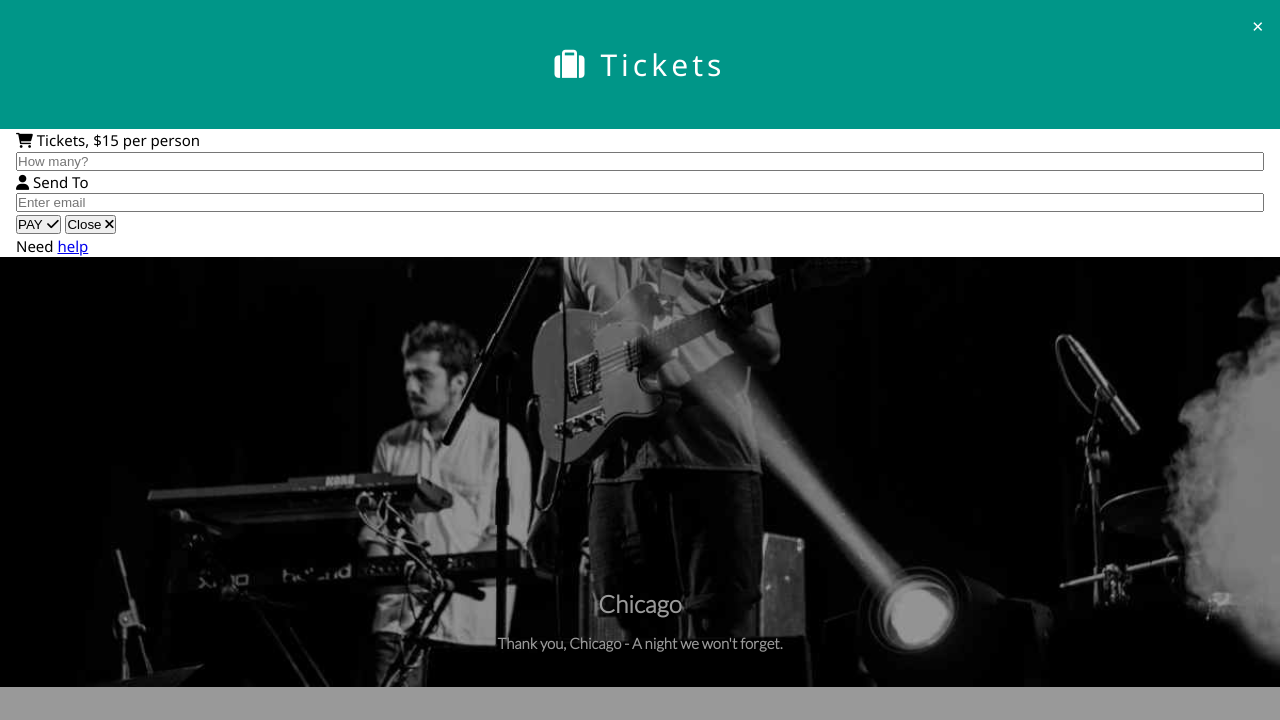
Repository: vanmanhAI/project-03-w3
Page: index.html
The author's editor kept a copy of each file at every save. The page is drawn from the files as they stood at one save, then again after a run of saves.
The browser window is 1280 px wide. The pictures show the window.
A layer covers the whole window, so only the first screen is drawn. Some web libraries are served in a nearby version.

Above is the page before, as saved 2022-07-11 16:32:39.

### index.html
<!DOCTYPE html>
<html lang="en">
<head>
    <meta charset="UTF-8">
    <meta http-equiv="X-UA-Compatible" content="IE=edge">
    <meta name="viewport" content="width=device-width, initial-scale=1.0">
    <title>Document</title>
    <link rel="stylesheet" href="./assets/css/style.css">
    <!-- icons -->
    <link rel="stylesheet" href="https://cdnjs.cloudflare.com/ajax/libs/font-awesome/6.1.1/css/all.min.css" integrity="sha512-KfkfwYDsLkIlwQp6LFnl8zNdLGxu9YAA1QvwINks4PhcElQSvqcyVLLD9aMhXd13uQjoXtEKNosOWaZqXgel0g==" crossorigin="anonymous" referrerpolicy="no-referrer" />
    <!-- font -->
    <link rel="preconnect" href="https://fonts.googleapis.com">
<link rel="preconnect" href="https://fonts.gstatic.com" crossorigin>
<link href="https://fonts.googleapis.com/css2?family=Lato:wght@300&display=swap" rel="stylesheet">
</head>
<body>
    <div id="main">
        <div id="header">
            <ul id="nav">
                <li><a href="#">home</a></li>
                <li><a href="#content-band">band</a></li>
                <li><a href="#content-tour">tour</a></li>
                <li><a href="#">contact</a></li>
                <li>
                    <a href="#">
                        more
                        <i class="fa-solid fa-caret-down subnav-caret"></i>
                    </a>
                    <ul class="subnav">
                        <li><a href="#">merchandise</a></li>
                        <li><a href="#">extras</a></li>
                        <li><a href="#">media</a></li>
                    </ul>
                </li>
            </ul>
            <i class="fa-solid fa-magnifying-glass header-search"></i>
        </div>

        <div id="slider">
            <div class="slider-desc">
                <h3 class="slider-name">chicago</h3>
                <b class="slider-content">Thank you, Chicago - A night we won't forget.</b>
            </div>
        </div>

        <div id="content">
            <div class="content-section" id="content-band">
                <h3 class="section-heading" >the band</h3>
                <p class="section-sub-heading">We love music</p>
                <p class="about">We have created a fictional band website. Lorem ipsum dolor sit amet, consectetur adipiscing elit, sed do eiusmod tempor incididunt ut labore et dolore magna aliqua. Ut enim ad minim veniam, quis nostrud exercitation ullamco laboris nisi ut aliquip ex ea commodo consequat. Duis aute irure dolor in reprehenderit in voluptate velit esse cillum dolore eu fugiat nulla pariatur. Excepteur sint occaecat cupidatat non proident, sunt in culpa qui officia deserunt mollit anim id est laborum consectetur adipiscing elit, sed do eiusmod tempor incididunt ut labore et dolore magna aliqua. Ut enim ad minim veniam, quis nostrud exercitation ullamco laboris nisi ut aliquip ex ea commodo consequat.</p>
                <div class="members-list">
                    <div class="member-item">
                        <p class="member-name">name</p>
                        <img src="./assets/img/Band/member1.jpg" alt="name" class="member-img">
                    </div>
                    <div class="member-item">
                        <p class="member-name">name</p>
                        <img src="./assets/img/Band/member1.jpg" alt="name" class="member-img">
                    </div>
                    <div class="member-item">
                        <p class="member-name">name</p>
                        <img src="./assets/img/Band/member1.jpg" alt="name" class="member-img">
                    </div>
                </div>
            </div>
            <div class="tour-section">
                <div class="content-section" id="content-tour">
                    <h3 class="section-heading text-white">tour dates</h3>
                    <p class="section-sub-heading text-white">Remember to book your tickets!</p>
                    <br>
                    <ul class="tickets-list">
                        <li>September <span class="sold-out">Sod out</span></li>
                        <li>October <span class="sold-out">Sold out</span></li>
                        <li>November <span class="quantity">3</span></li>
                    </ul>
                    <div class="places-list">
                        <div class="place-item">
                            <img src="./assets/img/Places/newyork.jpg" alt="New York" class="place-img">
                            <div class="place-body">
                                <h4 class="place-heading">new york</h4>
                                <p class="place-time">Fri 27 Nov 2016</p>
                                <p class="place-desc">Praesent tincidunt sed tellus ut rutrum sed vitae justo.</p>
                                <a href="#" class="place-buy-btn">Buy Tickets</a>
                            </div>
                        </div>
                        <div class="place-item">
                            <img src="./assets/img/Places/paris.jpg" alt="Paris" class="place-img">
                            <div class="place-body">
                                <h4 class="place-heading">paris</h4>
                                <p class="place-time">Sat 28 Nov 2016</p>
                                <p class="place-desc">Praesent tincidunt sed tellus ut rutrum sed vitae justo.</p>
                                <a href="#" class="place-buy-btn">Buy Tickets</a>
                            </div>
                        </div>
                        <div class="place-item">
                            <img src="./assets/img/Places/sanfran.jpg" alt="San Francisco" class="place-img">
                            <div class="place-body">
                                <h4 class="place-heading">san francisco</h4>
                                <p class="place-time">Sun 29 Nov 2016</p>
                                <p class="place-desc">Praesent tincidunt sed tellus ut rutrum sed vitae justo.</p>
                                <a href="#" class="place-buy-btn">Buy Tickets</a>
                            </div>
                        </div>
                    </div>
                </div>
            </div>
            <div class="content-section">
                <h3 class="section-heading">contact</h3>
                <p class="section-sub-heading">Fan? Drop a note!</p>
            </div>
        </div>
        <div id="footer"></div>
    </div>
    <div class="modal">
        <div class="modal-container">
            <div class="modal-header">
                <span class="modal-close">✕</span>
                <h3 class="modal-heading">
                    <i class="fa-solid fa-suitcase modal-bag"></i>
                    Tickets
                </h3>
            </div>
            <div class="modal-body">
                <label for="" class="modal-label">
                    <i class="fa-solid fa-cart-shopping modal-shopping"></i>
                    Tickets, $15 per person
                </label>
                <input type="text" name="" id="" placeholder="How many?" class="modal-input">
                <label for="" class="modal-label">
                    <i class="fa-solid fa-user modal-user"></i>
                    Send To
                </label>
                <input type="text" name="" id="" placeholder="Enter email" class="modal-input">
                <button class="modal-btn-pay">
                    PAY
                    <i class="fa-solid fa-check modal-check"></i>
                </button>
                <button class="modal-btn-close">
                    Close
                    <i class="fa-solid fa-xmark modal-xmark"></i>
                </button>
                <p class="modal-assit">
                    Need
                    <a href="#" class="modal-help">help</a>
                </p>
            </div>
        </div>
    </div>
</body>
</html>

### assets/css/style.css
* {
    padding: 0;
    margin: 0;
    box-sizing: border-box;
}
html {
    font-size: 62.5%;
}
:root {
    --lineheight-nav: 2.25rem;
    --padding-nav: 1.2rem;
}
.text-white {
    color: #fff;
}
#main {

}
#header {
    position: fixed;
    z-index: 1;
    top: 0;
    left: 0;
    right: 0;
    background: #000;
    font-size: 1.5rem;
    font-family: 'Lato', sans-serif;
    font-weight: bold;
    line-height: var(--lineheight-nav);
}
#header:after {
    content: "";
    display: block;
    clear: both;
}
#header .header-search {
    color: #fff;
    display: block;
    float: right;
    padding: var(--padding-nav) 2.4rem;
    line-height: var(--lineheight-nav);
    cursor: pointer;
}
#header .header-search:hover {
    background: #f44336
}
#header #nav>li {
    position: relative;
    text-align: center;
    cursor: pointer;
    float: left;
}
#header #nav>li>a {
    display: block;
    padding: var(--padding-nav) 2.4rem;
}
#header #nav>li:last-child:hover .subnav {
    width: 16rem;
}
#header #nav li:hover {
    background: #ccc;
}
#header #nav>li:hover>a {
    color: #000;
}
#nav li {
    list-style-type: none;
    position: relative;
}
#nav li .subnav-caret {
    text-transform: none;
    text-align: center;
}
#nav li a {
    color: #fff;
    text-decoration: none;
    text-transform: uppercase;
}
#nav .subnav {
    position: absolute;
    width: 0;
    overflow: hidden;
    top: 100%;
    left: 0;
    background: #fff;
    color: #000;
    box-shadow: 0 0 4px 0 #ccc;
    transition: width 0.3s linear;
}
#nav .subnav li {
    padding: 0.8rem 1.6rem;
    text-align: left;
    min-width: 16rem;
}
#nav .subnav li a {
    color: #000;
    text-transform: capitalize;
}
#slider {
    position: relative;
    margin-top: calc(var(--lineheight-nav) + 2*var(--padding-nav));
    background: #ccc;
    padding-top: 50%;
    max-height: 100vh;
    background: url('/assets/img/sliders/chicago.jpg') top/cover no-repeat
}
.slider-desc{
    position: absolute;
    bottom: 0;
    left: 50%;
    transform: translatex(-50%);
    color: #fff;
    padding: 3.2rem 1.6rem;
    text-align: center;
    font-size: 1.5rem;
    font-family: 'Lato', sans-serif;

}
.slider-name{
    text-transform: capitalize;
    font-size: 2.4rem;
    line-height: 3.6rem;
    margin: 1rem 0;
}
.slider-content{
    line-height: 1.5;
    font-size: 1.5rem;
}
#content {
    line-height: 1.5;
}
#content .content-section {
    max-width: 80rem;
    margin: 0 auto;
    padding: 6.4rem 1.6rem;
    font-size: 1.5rem;
    font-family: 'Lato', sans-serif;
}
#content .section-heading {
    font-size: 3rem;
    text-transform: uppercase;
    line-height: 4.5rem;
    margin: 1rem 0;
    text-align: center;
    letter-spacing: 0.4rem;
    font-family: "Segoe UI",Arial,sans-serif;
    font-weight: 400;
}
#content .section-sub-heading {
    text-align: center;
    font-style: italic;
    font-weight: 100;
    margin: 1.5rem 0;
}
#content .content-section .about {
    text-align: justify;
    font-weight: bold;
    margin: 1.5rem 0;
    word-spacing: 0.1rem;
}
#content .members-list {
    padding: 3.2rem 0;
    text-align: center;
}
#content .members-list:after {
    content: "";
    display: block;
    clear: both;
}
#content .member-item{
    float: left;
    width: calc(100%/3);
}
#content .members-list .member-name {
    margin: 1.5rem 0;
    text-transform: capitalize;
    font-weight: bold;
}
#content .members-list .member-img{
    width: 60%;
    border-radius: 0.4rem;
    margin: 0 0 1.6rem;
}
#content .tour-section {
    background: #000;
}
#content .tour-section .tickets-list {
    background: #fff;
    list-style-type: none;
}
#content .tickets-list li {
    padding: 0.8rem 1.6rem;
}
#content .tickets-list .sold-out {
    display: inline-block;
    padding: 0 0.8rem;
    color: #fff;
    background: #f44336;
    margin-left: 1.6rem;
    text-align: center;
    font-weight: bold;
}
#content .tickets-list .quantity {
    display: block;
    padding: 0 0.8rem;
    background: #000;
    color: #fff;
    border-radius: 50%;
    float: right;
    margin-right: 1.6rem;
}
#content .places-list {
    padding: 3.2rem 0.8rem;
    margin: 0 -1.6rem;
}
#content .places-list:after {
    content: "";
    display: block;
    clear: both;
}
#content .places-list .place-item {
    width: calc(100%/3);
    float: left;
    padding: 0 0.8rem 1.6rem;
}
#content .places-list .place-img {
    width: 100%;
    vertical-align: middle;
}
#content .places-list .place-img:hover {
    opacity: 0.6;
}
#content .places-list .place-body{
    background: #fff;
    padding: 0.015rem 1.6rem;
}
#content .places-list .place-heading{
    margin: 1.5rem 0;
    text-transform: capitalize;
    font-weight: 700;
}
#content .places-list .place-time{
    margin: 1.5rem 0;
}
#content .places-list .place-desc{
    margin: 1.5rem 0;
    font-weight: bold;
}
#content .places-list .place-buy-btn{
    display: inline-block;
    padding: 0.8rem 1.6rem;
    text-decoration: none;
    background: #000;
    color: #fff;
    margin-bottom: 1.6rem;
    font-weight: bold;
}
#content .places-list .place-buy-btn:hover {
    background: #ccc;
    color: #000;
}
.modal {
    position: fixed;
    z-index: 3;
    top: 0;
    left: 0;
    right: 0;
    bottom: 0;
    background: rgba(0, 0, 0, 0.4);
    font-size: 1.5rem;
    font-family: "Segoe UI",Arial,sans-serif;
    line-height: 2.25rem;
}
.modal-container {

}
.modal .modal-container .modal-header {
    position: relative;
    color: #fff;
    background: #009688;
    text-align: center;
    padding: 3.2rem 1.6rem;
}
.modal .modal-header .modal-close {
    position: absolute;
    top: 0;
    right: 0;
    line-height: 3.6rem;
    padding: 0.8rem 1.6rem;
}
.modal .modal-header .modal-close:hover {
    background: #ccc;
    color: #000;
}
.modal .modal-header .modal-heading {
    font-weight: 400;
    font-size: 3rem;
    line-height: 4.5rem;
    margin: 1rem 0;
    letter-spacing: 0.4rem;
}
.modal-bag {

}
.modal .modal-container .modal-body {
    padding: 0.015rem 1.6rem;
    background: #fff;
}
.modal .modal-body .modal-label {
    display: block;
}
.modal-shopping {

}
.modal .modal-body .modal-input {
    display: block;
    width: 100%;
}
.modal-user {

}
.modal .modal-container .modal-btn-pay {

}
.modal-check {

}
.modal-btn-close {

}
.modal-xmark {

}
.modal-assit {

}
.modal-help {

}
.footer {

}

After the next 2 saves:
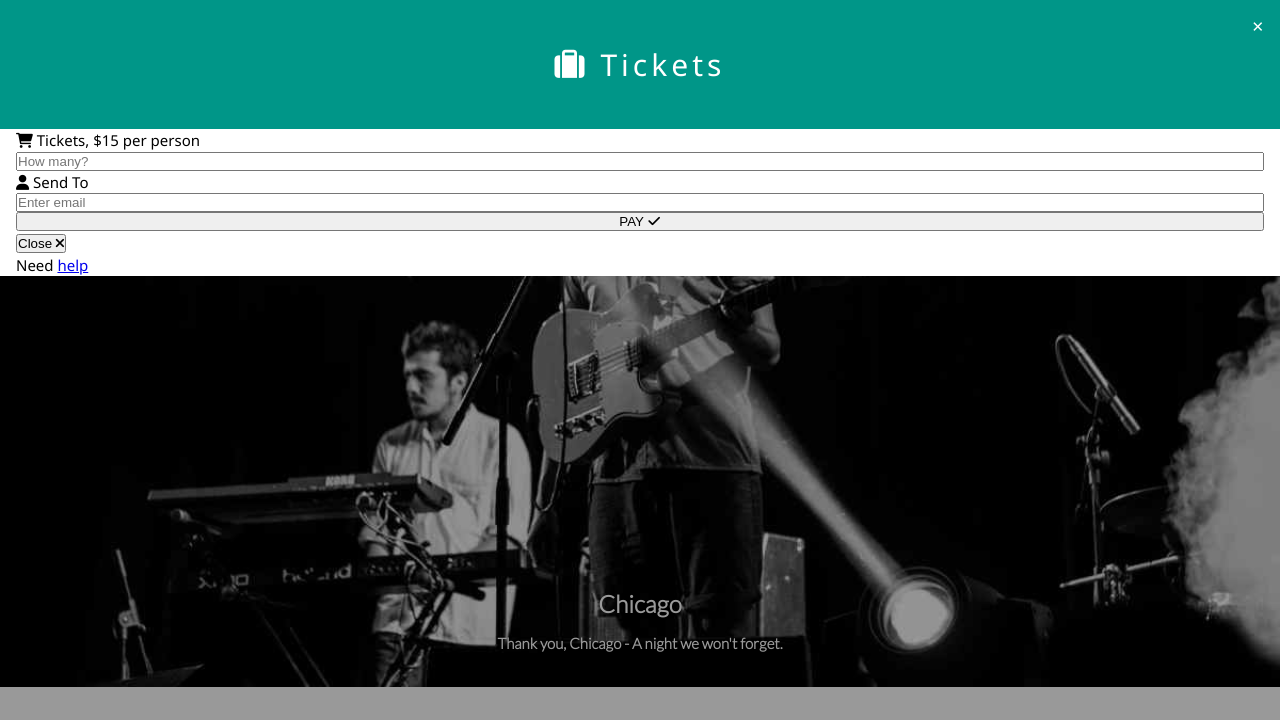
The 2 saves are shown as one change because they came seconds apart.
The last was saved 9 s later.
--- a/assets/css/style.css
+++ b/assets/css/style.css
@@ -320,7 +320,8 @@ html {
 
 }
 .modal .modal-container .modal-btn-pay {
-
+    display: block;
+    width: 100%;
 }
 .modal-check {
 
